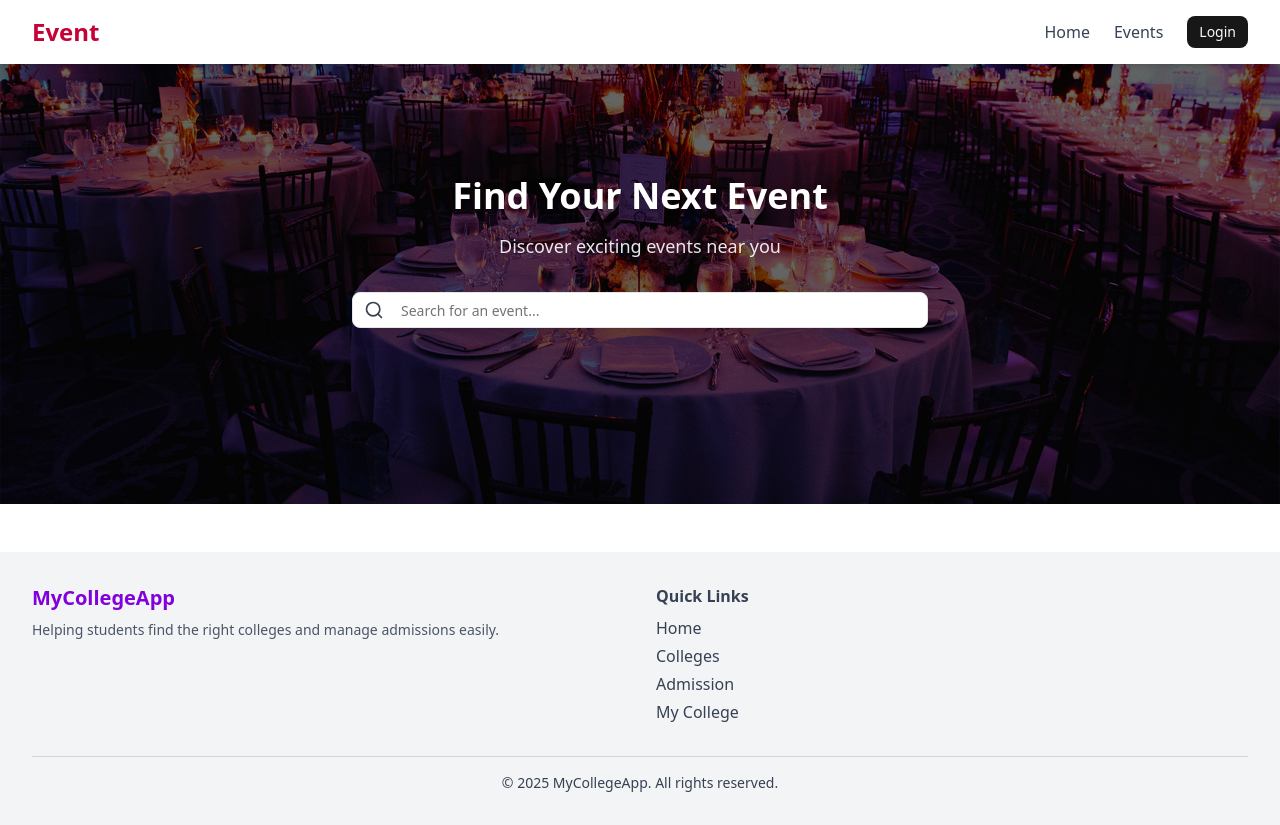
Repository: shshafin/event-client
Page: /
An editor plug-in stored every save of this project. The page is shown before and after the next save, followed by the edit.
The browser window is 1280 px wide. The pictures show the whole page.
The page's requests for data from a server got no answer. The project was rebuilt for these pictures with package versions that can differ from the ones it lists, and the page was loaded fresh each time. The framework's server and built-in components were replaced by stand-ins that run in the browser. No one was signed in, and anything a server would have sent is missing. Also part of the build but not shown: next.config.ts, src/components/ui/dropdown-menu.tsx.

Above is the page before, as saved 2025-10-30 14:39:30.

### src/app/layout.tsx
import "@/styles/globals.css";
import { Viewport } from "next";
import clsx from "clsx";

import { fontSans } from "@/config/font";
import { Providers } from "@/lib/provider";

export const viewport: Viewport = {
  themeColor: [
    { media: "(prefers-color-scheme: light)", color: "white" },
    { media: "(prefers-color-scheme: dark)", color: "black" },
  ],
};

export default function RootLayout({
  children,
}: {
  children: React.ReactNode;
}) {
  return (
    <html
      suppressHydrationWarning
      lang="en">
      <head />
      <body
        className={clsx(
          "min-h-screen bg-background font-sans antialiased",
          fontSans.variable
        )}>
        <Providers>{children}</Providers>
      </body>
    </html>
  );
}

### src/app/(withCommonLayout)/layout.tsx
import Footer from "@/components/ui/Footer";
import Navbar from "@/components/ui/Navbar";
import React from "react";

const withCommonLayout = ({ children }: { children: React.ReactNode }) => {
  return (
    <div className="relative flex flex-col h-screen">
      <Navbar />
      <main>{children}</main>
      <Footer />
    </div>
  );
};

export default withCommonLayout;

### src/app/(withCommonLayout)/(home)/layout.tsx
import { ReactNode } from "react";

const Layout = ({
  children,
  events,
  categories,
  reviews,
}: {
  children: ReactNode;
  events: ReactNode;
  categories: ReactNode;
  reviews: ReactNode;
}) => {
  return (
    <>
      {children}
      {events}
      {categories}
      {reviews}
    </>
  );
};

export default Layout;

### src/app/(withCommonLayout)/(home)/page.tsx
import Landing from "@/components/modules/home/Landing";

export default function Home() {
  return (
    <>
      <Landing />
    </>
  );
}

### src/lib/provider/index.tsx
"use client";

import * as React from "react";
import { QueryClient, QueryClientProvider } from "@tanstack/react-query";
import { Toaster } from "sonner";
import UserProvider from "@/context/user.provider";

export interface ProvidersProps {
  children: React.ReactNode;
}

export function Providers({ children }: ProvidersProps) {
  const queryClient = new QueryClient();

  return (
    <QueryClientProvider client={queryClient}>
      <UserProvider>
        <Toaster
          richColors
          position="top-center"
          closeButton
        />
        {children}
      </UserProvider>
    </QueryClientProvider>
  );
}

### src/components/ui/Footer.tsx
"use client";

import Link from "next/link";

export default function Footer() {
  return (
    <footer className="bg-gray-100 dark:bg-gray-900 text-gray-700 dark:text-gray-300 py-8 mt-12">
      <div className="max-w-7xl mx-auto px-4 sm:px-6 lg:px-8">
        <div className="grid grid-cols-1 md:grid-cols-2 gap-8">
          {/* Logo & description */}
          <div>
            <span className="font-bold text-xl text-purple-700">
              MyCollegeApp
            </span>
            <p className="mt-2 text-sm text-gray-600 dark:text-gray-400">
              Helping students find the right colleges and manage admissions
              easily.
            </p>
          </div>

          {/* Quick Links */}
          <div>
            <h3 className="font-semibold mb-2">Quick Links</h3>
            <ul className="space-y-1">
              <li>
                <Link
                  href="/"
                  className="hover:text-purple-700">
                  Home
                </Link>
              </li>
              <li>
                <Link
                  href="/college"
                  className="hover:text-purple-700">
                  Colleges
                </Link>
              </li>
              <li>
                <Link
                  href="/admission"
                  className="hover:text-purple-700">
                  Admission
                </Link>
              </li>
              <li>
                <Link
                  href="/my-college"
                  className="hover:text-purple-700">
                  My College
                </Link>
              </li>
            </ul>
          </div>
        </div>

        <div className="mt-8 border-t border-gray-300 dark:border-gray-700 pt-4 text-center text-sm">
          © {new Date().getFullYear()} MyCollegeApp. All rights reserved.
        </div>
      </div>
    </footer>
  );
}

### src/components/modules/home/Landing.tsx
"use client";

import Image from "next/image";
import { Input } from "@/components/ui/input";
import { Search } from "lucide-react";
import { useState } from "react";
import Link from "next/link";
import { useSearchEvents } from "@/hooks/event.hook";

export default function Landing() {
  const [searchTerm, setSearchTerm] = useState("");
  const { data, isLoading, error } = useSearchEvents(searchTerm);

  return (
    <section className="relative h-[60vh] sm:h-[70vh] w-full">
      {/* Background Image */}
      <Image
        src="/college-hero.jpg"
        alt="College Hero"
        fill
        className="object-cover object-center"
        unoptimized
      />

      {/* Overlay for better contrast */}
      <div className="absolute inset-0 bg-black/60"></div>

      {/* Search content */}
      <div className="relative z-10 flex h-full flex-col items-center justify-center px-4 text-center">
        <h1 className="mb-4 text-3xl sm:text-4xl font-bold text-white drop-shadow-lg">
          Find Your Next Event
        </h1>
        <p className="mb-6 sm:mb-8 text-base sm:text-lg text-white/90">
          Discover exciting events near you
        </p>

        <form
          className="w-full max-w-xl"
          onSubmit={(e) => e.preventDefault()} // prevent page reload
        >
          <div className="relative">
            <Input
              id="search"
              type="text"
              placeholder="Search for an event..."
              className="bg-white text-sm pl-12 shadow-lg"
              value={searchTerm}
              onChange={(e) => setSearchTerm(e.target.value)}
            />
            <Search className="absolute left-3 top-1/2 -translate-y-1/2 w-5 h-5 text-gray-700 pointer-events-none" />
          </div>
        </form>

        {/* Search results */}
        {searchTerm && (
          <div className="mt-4 w-full max-w-xl bg-white rounded-md shadow-lg p-4 text-left">
            {isLoading && <p>Loading...</p>}
            {error && <p className="text-red-500">Failed to load results</p>}
            {data?.data?.length === 0 && !isLoading && <p>No events found</p>}
            {data?.data?.map((event: any) => (
              <Link
                key={event._id}
                href={`/events/${event._id}`}
                className="block py-2 px-3 rounded hover:bg-gray-100 transition">
                {event.name}{" "}
                <span className="text-gray-500 text-sm">
                  ({event.category})
                </span>
              </Link>
            ))}
          </div>
        )}
      </div>
    </section>
  );
}

### src/context/user.provider.tsx
"use client";

import {
  createContext,
  Dispatch,
  SetStateAction,
  useContext,
  useEffect,
  useState,
} from "react";
import { IUser } from "../types";
import { getCurrentUser } from "../services/AuthService";

interface IUserProviderValues {
  user: IUser | null;
  isLoading: boolean;
  setUser: (user: IUser | null) => void;
  setIsLoading: Dispatch<SetStateAction<boolean>>;
}

const UserContext = createContext<IUserProviderValues | undefined>(undefined);

const UserProvider = ({ children }: { children: React.ReactNode }) => {
  const [user, setUser] = useState<IUser | null>(null);
  const [isLoading, setIsLoading] = useState(true);

  const handleUser = async () => {
    try {
      const user = await getCurrentUser();
      setUser(user);
    } catch (error) {
      console.error("Failed to fetch user:", error);
      setUser(null);
    } finally {
      setIsLoading(false);
    }
  };

  useEffect(() => {
    handleUser();
  }, []);

  return (
    <UserContext.Provider value={{ user, setUser, isLoading, setIsLoading }}>
      {children}
    </UserContext.Provider>
  );
};

export const useUser = () => {
  const context = useContext(UserContext);

  if (context === undefined) {
    throw new Error("useUser must be used within the UserProvider context");
  }

  return context;
};

export default UserProvider;

### src/components/ui/button.tsx
import * as React from "react"
import { Slot } from "@radix-ui/react-slot"
import { cva, type VariantProps } from "class-variance-authority"

import { cn } from "@/lib/utils"

const buttonVariants = cva(
  "inline-flex items-center justify-center gap-2 whitespace-nowrap rounded-md text-sm font-medium transition-all disabled:pointer-events-none disabled:opacity-50 [&_svg]:pointer-events-none [&_svg:not([class*='size-'])]:size-4 shrink-0 [&_svg]:shrink-0 outline-none focus-visible:border-ring focus-visible:ring-ring/50 focus-visible:ring-[3px] aria-invalid:ring-destructive/20 dark:aria-invalid:ring-destructive/40 aria-invalid:border-destructive",
  {
    variants: {
      variant: {
        default: "bg-primary text-primary-foreground hover:bg-primary/90",
        destructive:
          "bg-destructive text-white hover:bg-destructive/90 focus-visible:ring-destructive/20 dark:focus-visible:ring-destructive/40 dark:bg-destructive/60",
        outline:
          "border bg-background shadow-xs hover:bg-accent hover:text-accent-foreground dark:bg-input/30 dark:border-input dark:hover:bg-input/50",
        secondary:
          "bg-secondary text-secondary-foreground hover:bg-secondary/80",
        ghost:
          "hover:bg-accent hover:text-accent-foreground dark:hover:bg-accent/50",
        link: "text-primary underline-offset-4 hover:underline",
      },
      size: {
        default: "h-9 px-4 py-2 has-[>svg]:px-3",
        sm: "h-8 rounded-md gap-1.5 px-3 has-[>svg]:px-2.5",
        lg: "h-10 rounded-md px-6 has-[>svg]:px-4",
        icon: "size-9",
        "icon-sm": "size-8",
        "icon-lg": "size-10",
      },
    },
    defaultVariants: {
      variant: "default",
      size: "default",
    },
  }
)

function Button({
  className,
  variant,
  size,
  asChild = false,
  ...props
}: React.ComponentProps<"button"> &
  VariantProps<typeof buttonVariants> & {
    asChild?: boolean
  }) {
  const Comp = asChild ? Slot : "button"

  return (
    <Comp
      data-slot="button"
      className={cn(buttonVariants({ variant, size, className }))}
      {...props}
    />
  )
}

export { Button, buttonVariants }

### src/services/AuthService/index.ts
"use server";
import { axiosInstance } from "@/lib/AxiosInstance";
import { cookies } from "next/headers";
import { FieldValues } from "react-hook-form";

// Helper to get token from cookies
export const getToken = async () => {
  const cookieStore = await cookies();
  const token = cookieStore.get("access_token")?.value;
  if (!token)
    throw new Error("Authentication token not found. Please login again.");
  return token;
};

// ! Register User
export const registerUser = async (userData: FieldValues) => {
  try {
    const { data } = await axiosInstance.post("/users/register", userData);
    return data;
  } catch (error: any) {
    throw new Error(error);
  }
};

// ! Login User
export const loginUser = async (userData: FieldValues) => {
  try {
    const { data } = await axiosInstance.post("/auth/login", userData);
    if (data?.success) {
      (await cookies()).set("access_token", data?.data?.accessToken);
    }
    return data;
  } catch (error: any) {
    throw new Error(error);
  }
};

// ! Update User
export const updateUser = async (userData: FieldValues, id: string) => {
  try {
    const token = await getToken();
    const { data } = await axiosInstance.patch(
      `/users/update/${id}`,
      userData,
      {
        headers: {
          Authorization: `Bearer ${token}`,
        },
      }
    );
    return data;
  } catch (error: any) {
    throw new Error(error);
  }
};

// ! Logout User
export const logoutUser = async () => {
  (await cookies()).delete("access_token");
};

// ! get user
export const getCurrentUser = async () => {
  const accessToken = (await cookies()).get("access_token")?.value;

  if (!accessToken) return null;

  try {
    const { data } = await axiosInstance.get("/auth/me", {
      headers: {
        Authorization: `Bearer ${accessToken}`,
      },
    });

    return data;
  } catch (err) {
    console.error("Failed to fetch current user:", err);
    return null;
  }
};

### src/components/ui/input.tsx
import * as React from "react"

import { cn } from "@/lib/utils"

function Input({ className, type, ...props }: React.ComponentProps<"input">) {
  return (
    <input
      type={type}
      data-slot="input"
      className={cn(
        "file:text-foreground placeholder:text-muted-foreground selection:bg-primary selection:text-primary-foreground dark:bg-input/30 border-input h-9 w-full min-w-0 rounded-md border bg-transparent px-3 py-1 text-base shadow-xs transition-[color,box-shadow] outline-none file:inline-flex file:h-7 file:border-0 file:bg-transparent file:text-sm file:font-medium disabled:pointer-events-none disabled:cursor-not-allowed disabled:opacity-50 md:text-sm",
        "focus-visible:border-ring focus-visible:ring-ring/50 focus-visible:ring-[3px]",
        "aria-invalid:ring-destructive/20 dark:aria-invalid:ring-destructive/40 aria-invalid:border-destructive",
        className
      )}
      {...props}
    />
  )
}

export { Input }

### src/hooks/event.hook.ts
import {
  addEvent,
  getEventById,
  getEvents,
  getEventsByCategory,
  searchEventsByName,
} from "@/services/Event-Service";
import { useQuery, useMutation } from "@tanstack/react-query";

//  Get all events
export const useGetEvents = () => {
  return useQuery({
    queryKey: ["GET_EVENTS"],
    queryFn: async () => await getEvents(),
  });
};

//  Get single event by ID
export const useGetEventById = (id: string) => {
  return useQuery({
    queryKey: ["GET_EVENT", id],
    queryFn: async () => await getEventById(id),
    enabled: !!id,
  });
};

//  Get all events by category
export const useGetEventsByCategory = (category: string) => {
  return useQuery({
    queryKey: ["GET_EVENTS_BY_CATEGORY", category],
    queryFn: async () => await getEventsByCategory(category),
  });
};

//  Search events by name
export const useSearchEvents = (name: string) => {
  return useQuery({
    queryKey: ["SEARCH_EVENTS", name],
    queryFn: async () => await searchEventsByName(name),
    enabled: !!name,
  });
};

//  Add new event (admin only)
export const useAddEvent = () => {
  return useMutation({
    mutationFn: async (formData: FormData) => await addEvent(formData),
  });
};

### src/lib/AxiosInstance/index.ts
"use server";

import { envConfig } from "@/config/envConfig";
import axios from "axios";
import { cookies } from "next/headers";

export const axiosInstance = axios.create({
  baseURL: envConfig.base_Api,
});

axiosInstance.interceptors.request.use(
  async (config) => {
    try {
      const cookieStore = await cookies(); //
      const cookie = cookieStore.get("accessToken");
      const accessToken = cookie?.value;

      if (accessToken && config.headers) {
        config.headers.Authorization = `Bearer ${accessToken}`;
      }

      return config;
    } catch (err) {
      console.error("Axios request interceptor error:", err);
      return config;
    }
  },
  (error) => {
    return Promise.reject(error);
  }
);

axiosInstance.interceptors.response.use(
  (response) => response,
  (error) => {
    console.error(
      "Axios response error:",
      error.response?.data || error.message
    );
    return Promise.reject(error);
  }
);

### src/services/Event-Service/index.ts
"use server";

import { axiosInstance } from "@/lib/AxiosInstance";
import { getToken } from "../AuthService";


// Get all events
export const getEvents = async () => {
  try {
    const { data } = await axiosInstance.get("/events/all");
    return data;
  } catch (error: any) {
    throw new Error(error?.response?.data?.message || "Failed to fetch events");
  }
};

// Get single event by ID
export const getEventById = async (id: string) => {
  try {
    const { data } = await axiosInstance.get(`/events/${id}`);
    return data;
  } catch (error: any) {
    throw new Error(error?.response?.data?.message || "Failed to fetch event");
  }
};

// Get all events by category
export const getEventsByCategory = async (category: string) => {
  try {
    const { data } = await axiosInstance.get(`/events/category/${category}`);
    return data;
  } catch (error: any) {
    throw new Error(
      error?.response?.data?.message || "Failed to fetch events by category"
    );
  }
};

// Add new event (admin only)
export const addEvent = async (payload: FormData) => {
  try {
    const token = await getToken();

    const { data } = await axiosInstance.post("/events/create", payload, {
      headers: {
        Authorization: `Bearer ${token}`,
        "Content-Type": "multipart/form-data",
      },
    });

    return data;
  } catch (error: any) {
    throw new Error(error?.response?.data?.message || "Failed to create event");
  }
};

// Search events by name
export const searchEventsByName = async (name: string) => {
  try {
    const { data } = await axiosInstance.get("/events/search", {
      params: { name },
    });
    return data;
  } catch (error: any) {
    throw new Error(
      error?.response?.data?.message || "Failed to search events"
    );
  }
};

### src/config/envConfig.ts
export const envConfig = {
  base_Api: process.env.NEXT_PUBLIC_BASE_API,
  base_Url: process.env.NEXT_PUBLIC_BASE_URL,
};

Loaded but not shown: src/styles/globals.css (common file); src/config/font.ts (common file); src/lib/utils.ts (common file); src/components/ui/Navbar.tsx (195 lines, source omitted)

After the next save:
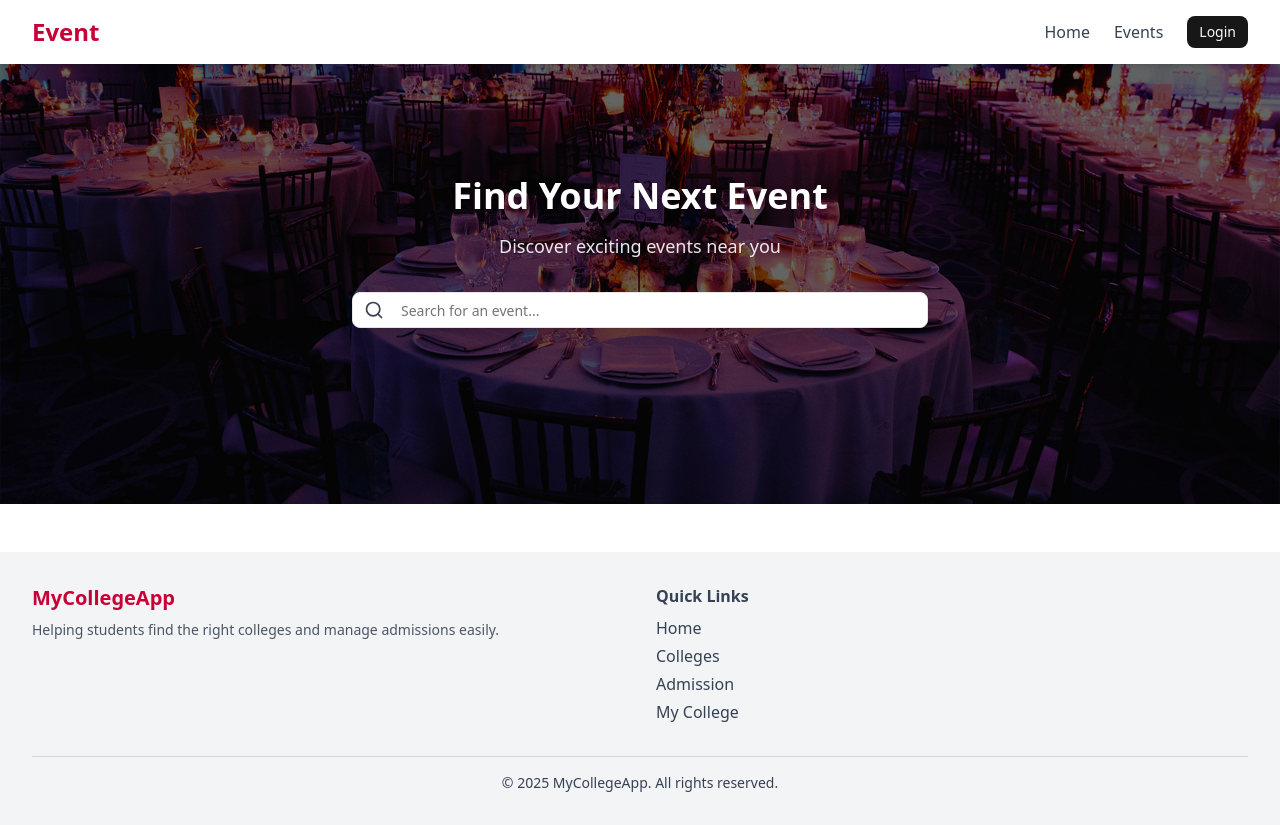
Saved 3 min 19 s later.
--- a/src/components/ui/Footer.tsx
+++ b/src/components/ui/Footer.tsx
@@ -9,7 +9,7 @@ export default function Footer() {
         <div className="grid grid-cols-1 md:grid-cols-2 gap-8">
           {/* Logo & description */}
           <div>
-            <span className="font-bold text-xl text-purple-700">
+            <span className="font-bold text-xl text-rose-700">
               MyCollegeApp
             </span>
             <p className="mt-2 text-sm text-gray-600 dark:text-gray-400">
@@ -25,28 +25,28 @@ export default function Footer() {
               <li>
                 <Link
                   href="/"
-                  className="hover:text-purple-700">
+                  className="hover:text-rose-700">
                   Home
                 </Link>
               </li>
               <li>
                 <Link
                   href="/college"
-                  className="hover:text-purple-700">
+                  className="hover:text-rose-700">
                   Colleges
                 </Link>
               </li>
               <li>
                 <Link
                   href="/admission"
-                  className="hover:text-purple-700">
+                  className="hover:text-rose-700">
                   Admission
                 </Link>
               </li>
               <li>
                 <Link
                   href="/my-college"
-                  className="hover:text-purple-700">
+                  className="hover:text-rose-700">
                   My College
                 </Link>
               </li>
